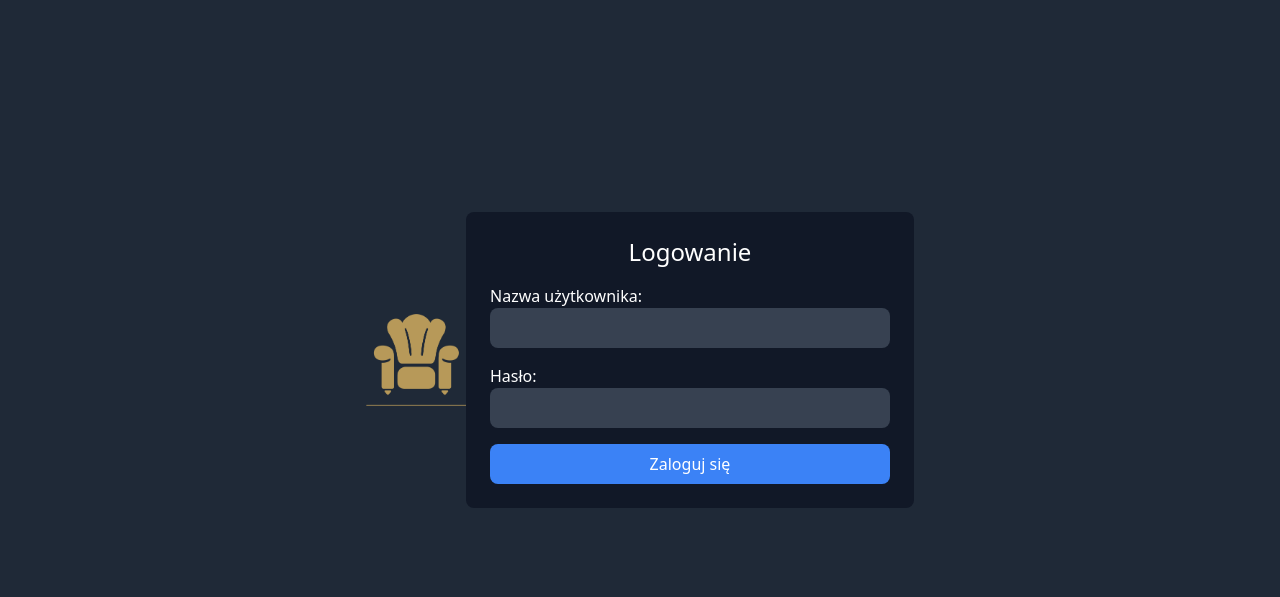
Repository: DaveCala/AplikacjaMeble
Page: http://localhost/login/login_form.php
The author's editor kept a copy of each file at every save. The page is drawn from the files as they stood at one save, then again after the next save.
The browser window is 1280 px wide. The pictures show the whole page.
Some web libraries are served in a nearby version. The page is run by PHP 8.4 with error messages shown; the project is at /var/www/html/.

Above is the page before, as saved 2024-11-29 11:42:19.

After the next save:
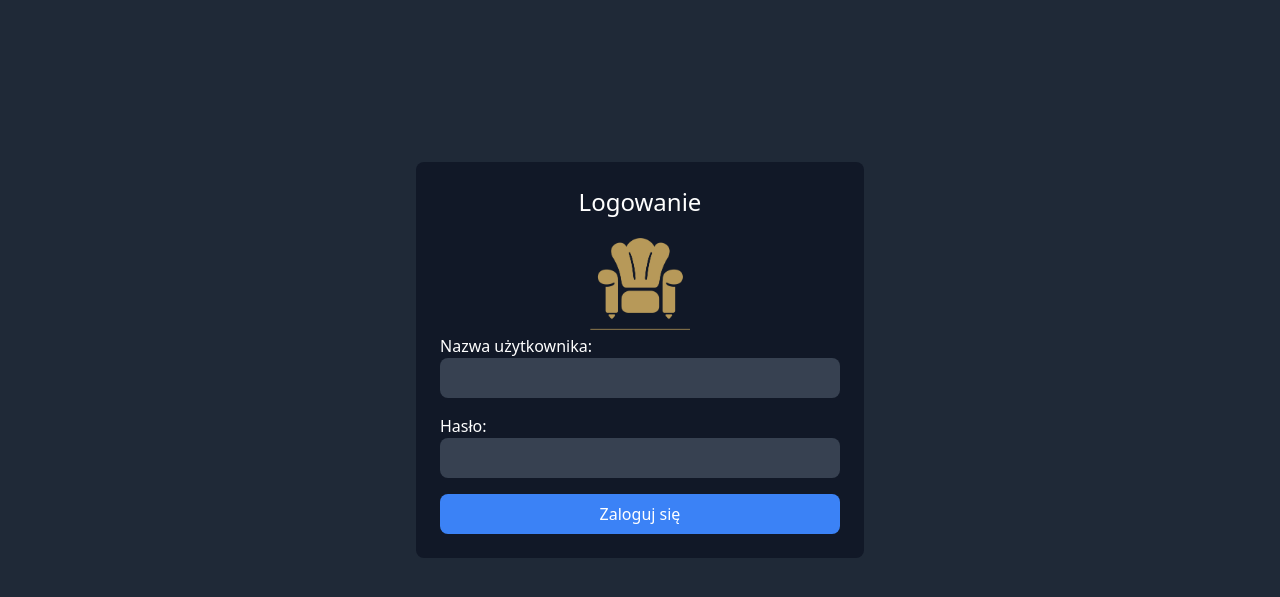
Saved 17 s later.
--- a/login/login_form.php
+++ b/login/login_form.php
@@ -12,12 +12,12 @@ session_start();
 </head>
 <body class="bg-gray-800 flex items-center justify-center min-h-screen">
 
+    <div class="bg-gray-900 p-6 rounded-lg w-full max-w-md">
+        <h1 class="text-white text-2xl mb-4 text-center">Logowanie</h1>
+
         <div class="flex justify-center items-center">
             <img src="../img/logo_beautysofa_24_pionowe.png" style="width: 100px; height: 100px; object-fit: contain;" alt="Logo BeautySofa">
         </div>
-
-    <div class="bg-gray-900 p-6 rounded-lg w-full max-w-md">
-        <h1 class="text-white text-2xl mb-4 text-center">Logowanie</h1>
 
         <!-- Sprawdzamy, czy w sesji jest komunikat o błędzie -->
         <?php if (isset($_SESSION['error_message'])) : ?>
